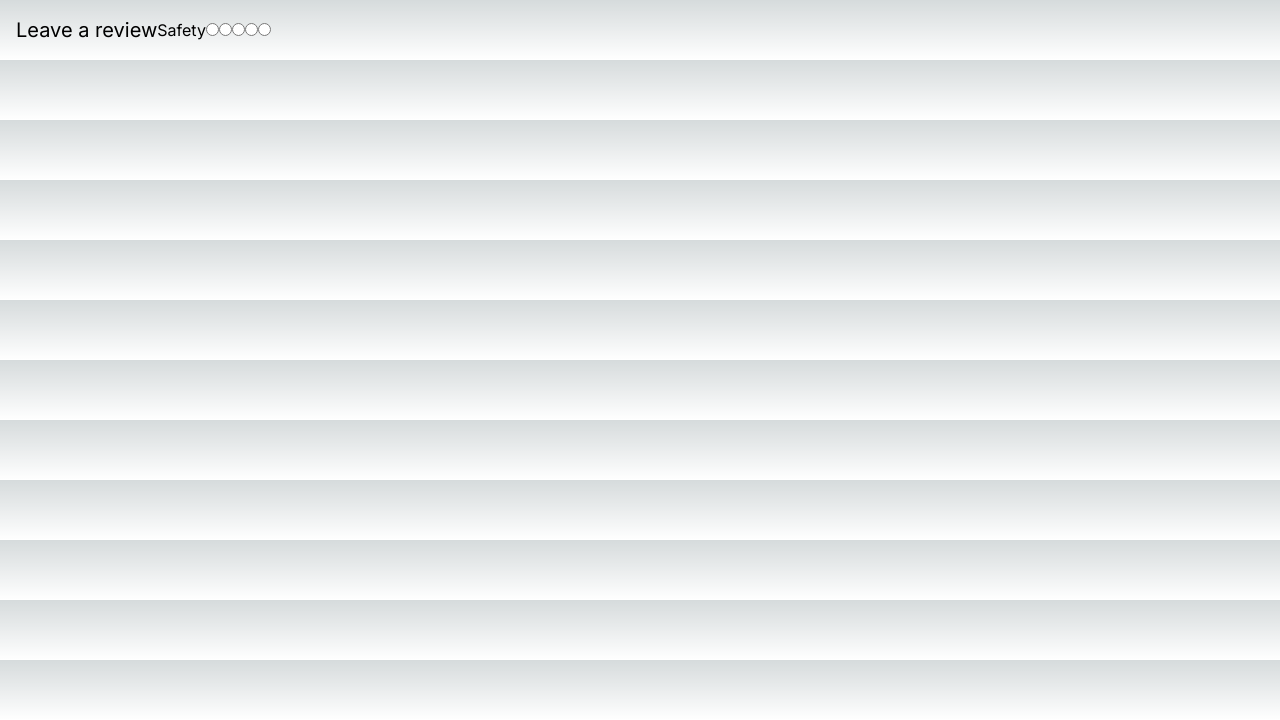
Repository: akankshaajoshi/review-form
Page: /review
The author's editor kept a copy of each file at every save. The page is drawn from the files as they stood at one save, then again after the next save.
The browser window is 1280 px wide. The pictures show the whole page.
The project was rebuilt for these pictures with package versions that can differ from the ones it lists, and the page was loaded fresh each time. The framework's server and built-in components were replaced by stand-ins that run in the browser. Also part of the build but not shown: next.config.mjs.

Above is the page before, as saved 2024-05-25 11:16:30.

After the next save:
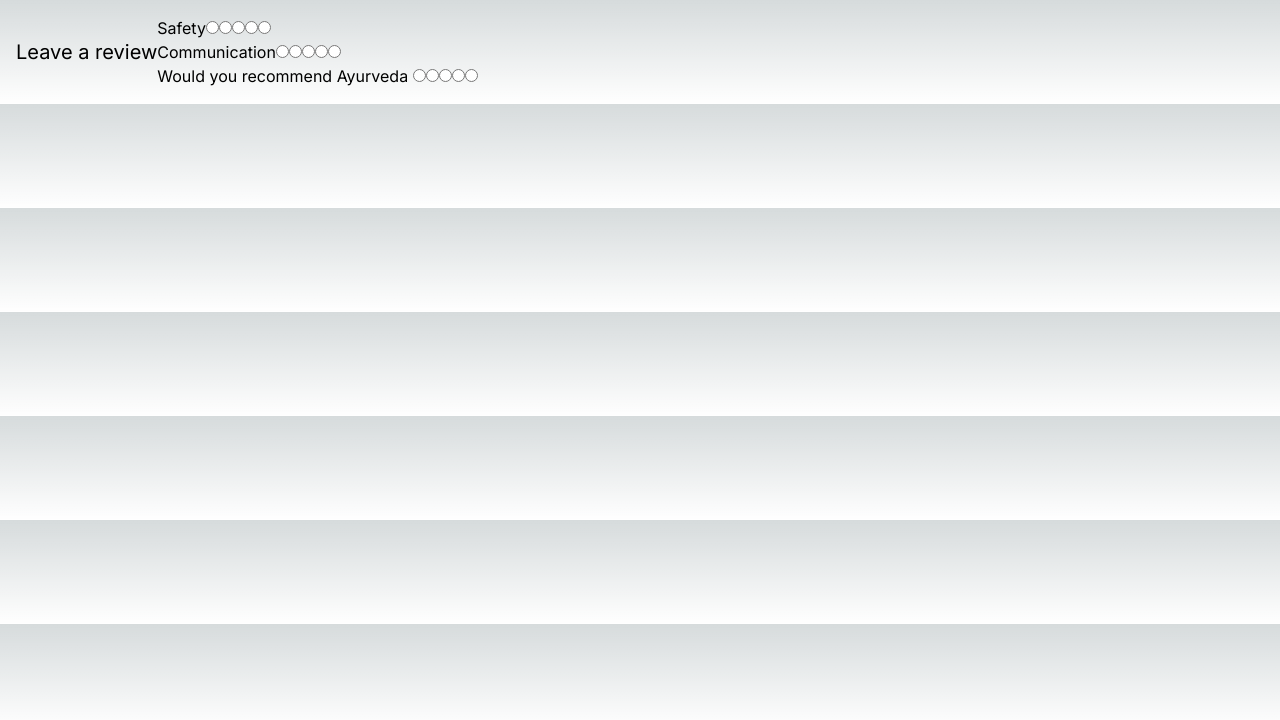
Saved 2 min 3 s later.
--- a/app/(routes)/review/page.tsx
+++ b/app/(routes)/review/page.tsx
@@ -1,6 +1,7 @@
+'use server'
 import { FormEvent } from "react";
 export default function Review(){
-    async function onSubmit(event: FormEvent<HtmlFormElement>){
+    async function onSubmit(event: FormEvent<HTMLFormElement>){
         event.preventDefault();
         const formData = new FormData(event.currentTarget);
         const response = await fetch('/api/submit', {
@@ -9,20 +10,35 @@ export default function Review(){
         })
         const data= await response.json();
     }
-    const safety = [1, 2, 3, 4, 5];
+    const ratings = [1, 2, 3, 4, 5];
     return (
         <div className="flex items-center w-[80vw] h-auto p-4">
             <h2 className="text-xl text-bold">Leave a review</h2>
             <form onSubmit={onSubmit}>
                 <fieldset>
                     <label htmlFor="safety">Safety</label>
-                    {safety.map((item, index) =>{
+                    {ratings.map((item, index) =>{
                         return (
-                            <input key={index} type="radio" name="safety" id={item} />
+                            <input key={index} type="radio" name="safety" id={item.toString()} />
                         )
                     })}
                 </fieldset>
-
+                <fieldset>
+                    <label htmlFor="communication">Communication</label>
+                    {ratings.map((item, index) =>{
+                        return (
+                            <input key={index} type="radio" name="ratings" id={item.toString()} />
+                        )
+                    })}
+                </fieldset>
+                <fieldset>
+                    <label htmlFor="recomment">Would you recommend Ayurveda </label>
+                    {ratings.map((item, index) =>{
+                        return (
+                            <input key={index} type="radio" name="ratings" id={item.toString()} />
+                        )
+                    })}
+                </fieldset>
             </form>
         </div>
     )
